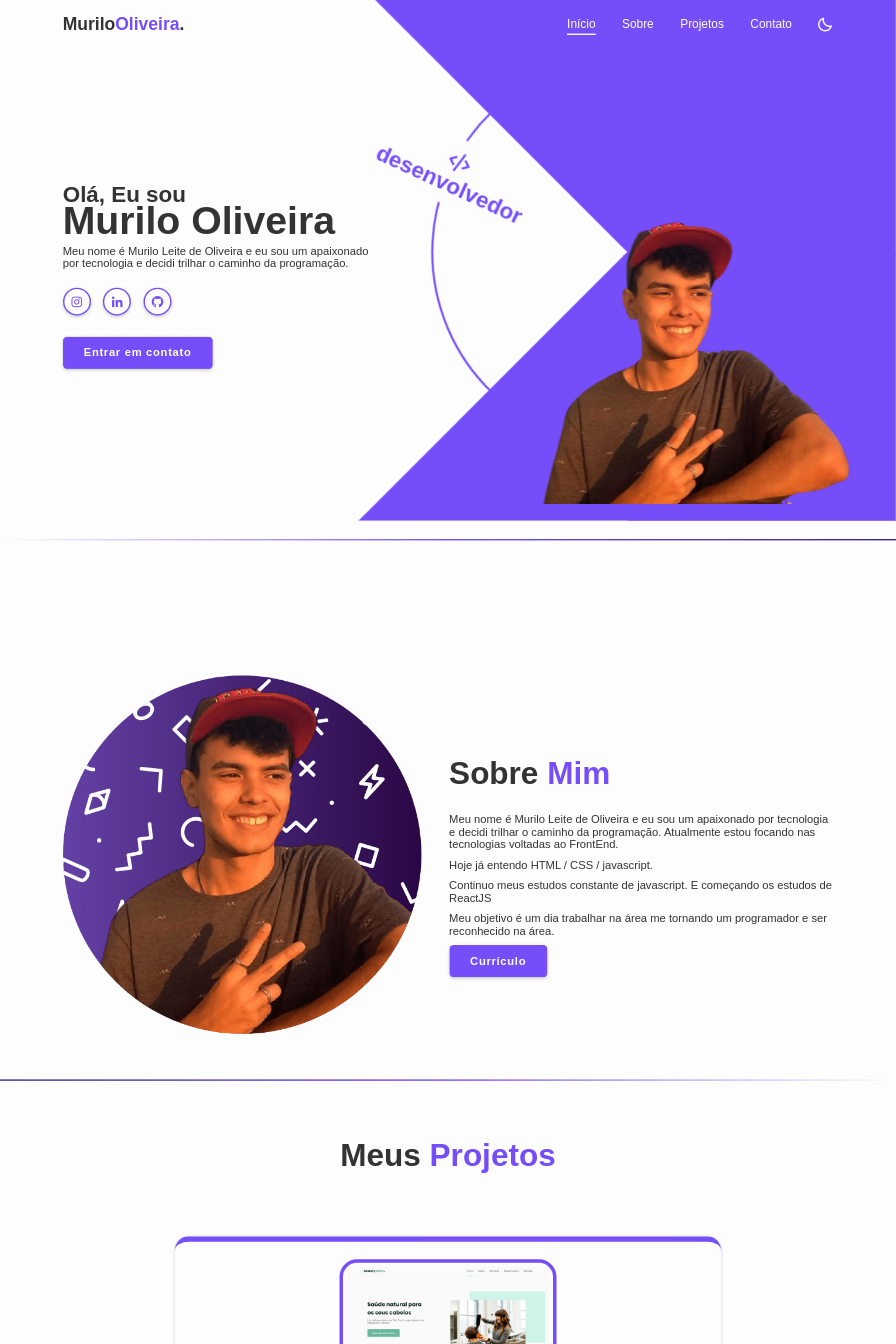
Repository: devMuriloOliveira/Portfolio-
Page: index.html
An editor plug-in stored every save of this project. The page is shown before and after the next save, followed by the edit.
The browser window is 1280 px wide. The pictures show the part of the page from y = 0 to 1920 px (the page is 3045 px tall), at 70% of full size.
Some web fonts or font styles are not loaded; a fallback is used.

Above is the page before, as saved 2023-03-15 18:19:04.

After the next save:
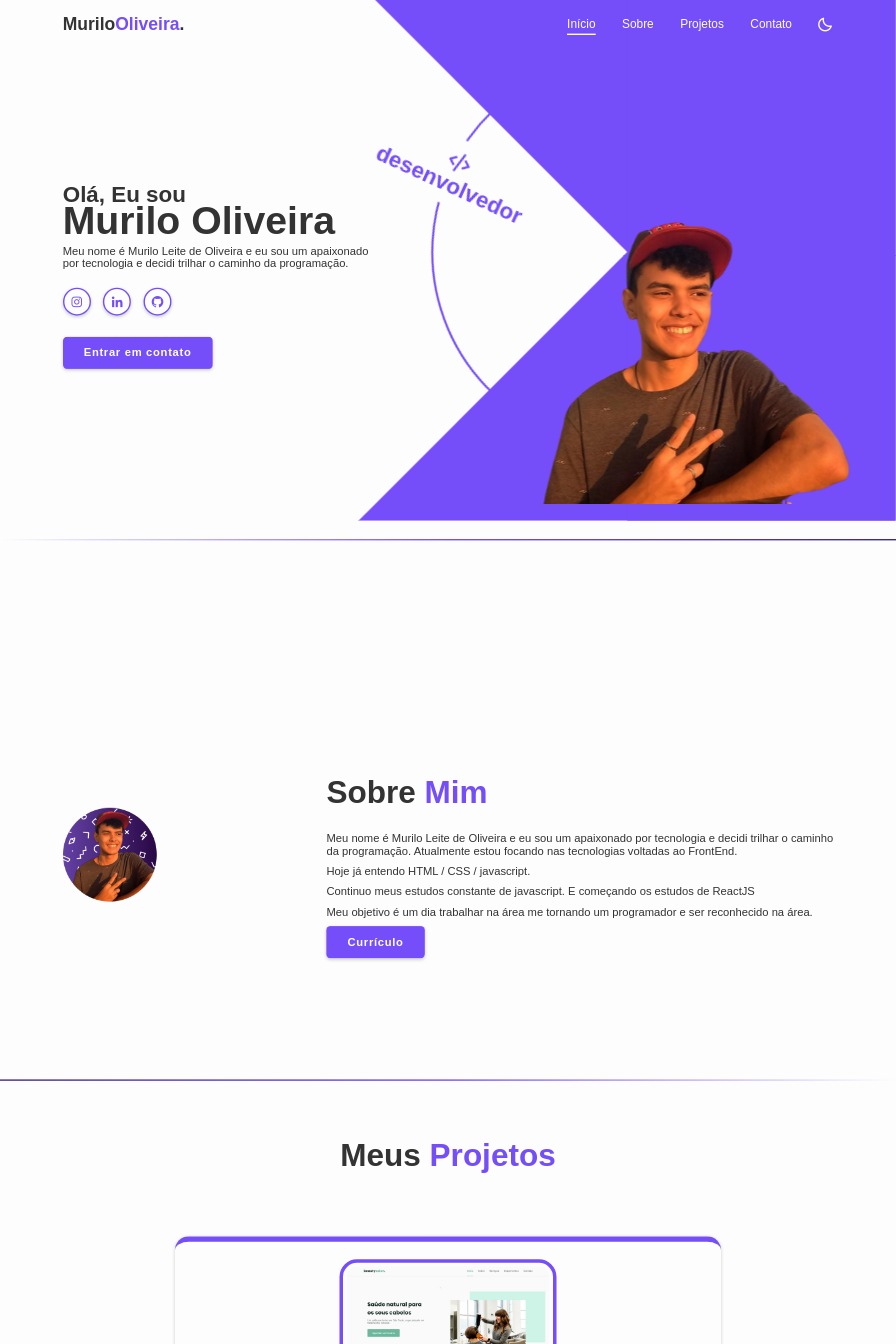
Saved 31 s later.
--- a/style.css
+++ b/style.css
@@ -315,7 +315,7 @@ span{
 }
 
 .sobre-img img{
-  width: 40vw;
+  width: 40%;
 }
 
 .heading{
